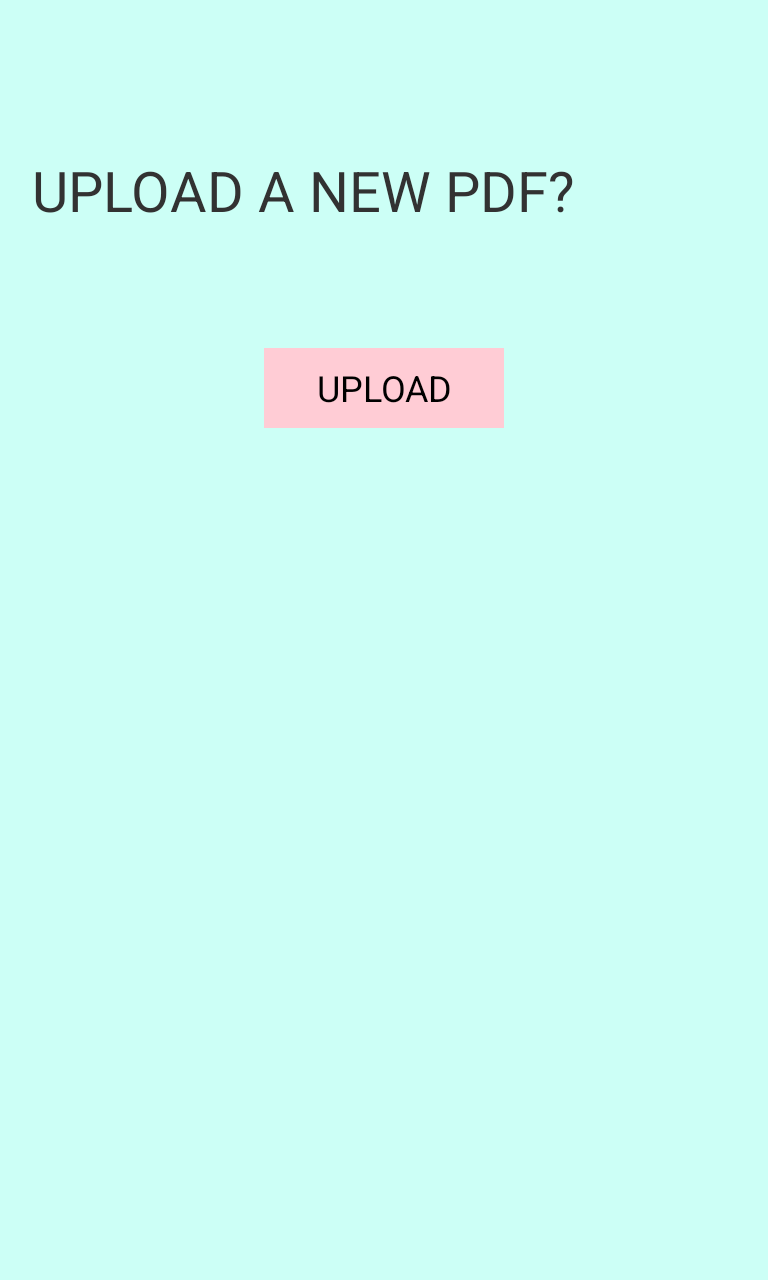
Repository: nick11roberts/Moka-Scanr
Layout: Document Uploader/res/layout/activity_main.xml
These files come from the project's save history. The layout is drawn as it stood at one moment and after the next save; the edit follows.
It is drawn on a 768 x 1280 px phone screen (xhdpi) without system bars, with theme android:Theme.Holo.Light.NoActionBar; the app's code is not run. The app's manifest (not shown) leaves right-to-left support off. So textAlignment, textDirection and layoutDirection are ignored, and left and right values win over start and end ones.

Above is the layout before, as saved 2014-05-30 21:44:56.

### Document Uploader/res/layout/activity_main.xml
<LinearLayout xmlns:android="http://schemas.android.com/apk/res/android"
    xmlns:tools="http://schemas.android.com/tools"
    android:layout_width="match_parent"
    android:layout_height="match_parent"
    android:background="@color/bg_color"
    android:baselineAligned="true"
    android:gravity="center_horizontal"
    android:orientation="vertical"
    android:paddingBottom="@dimen/activity_vertical_margin"
    android:paddingLeft="@dimen/activity_horizontal_margin"
    android:paddingRight="@dimen/activity_horizontal_margin"
    android:paddingTop="@dimen/activity_vertical_margin" >

    <TextView
        android:layout_width="match_parent"
        android:layout_height="wrap_content"
        android:paddingBottom="60dp"
        android:paddingTop="60dp"
        android:text="@string/main_heading"
        android:textAlignment="center"
        android:textAllCaps="true"
        android:textSize="28sp" />

    <Button
        android:id="@+id/mainButton"
        android:layout_width="120dp"
        android:layout_height="40dp"
        android:background="@color/button_color"
        android:text="@string/main_button_upload"
        android:textAlignment="center" />

</LinearLayout>

### Document Uploader/res/values/colors.xml
<?xml version="1.0" encoding="utf-8"?>
<resources>
   <color name="button_color">#FFCCD5</color>
   <color name="bg_color">#CCFFF6</color>
</resources>

### Document Uploader/res/values/strings.xml
<?xml version="1.0" encoding="utf-8"?>
<resources>

    <string name="app_name">PDF-Drive</string>

    <string name="main_heading">Upload a new PDF?</string>
    <string name="main_button_upload">UPLOAD</string>

    <string name="options_heading">Upload options</string>
    <string name="options_pages">Number of pages?</string>
    <string name="options_title">Title?</string>
    <string name="options_folder">Folder? (optional)</string>
    <string name="options_button_go">GO</string>

    <string name="action_settings">Settings</string>

</resources>

Loaded but not shown: Document Uploader/res/values/dimens.xml (common file); Document Uploader/res/values-w820dp/dimens.xml (common file)

After the next save:
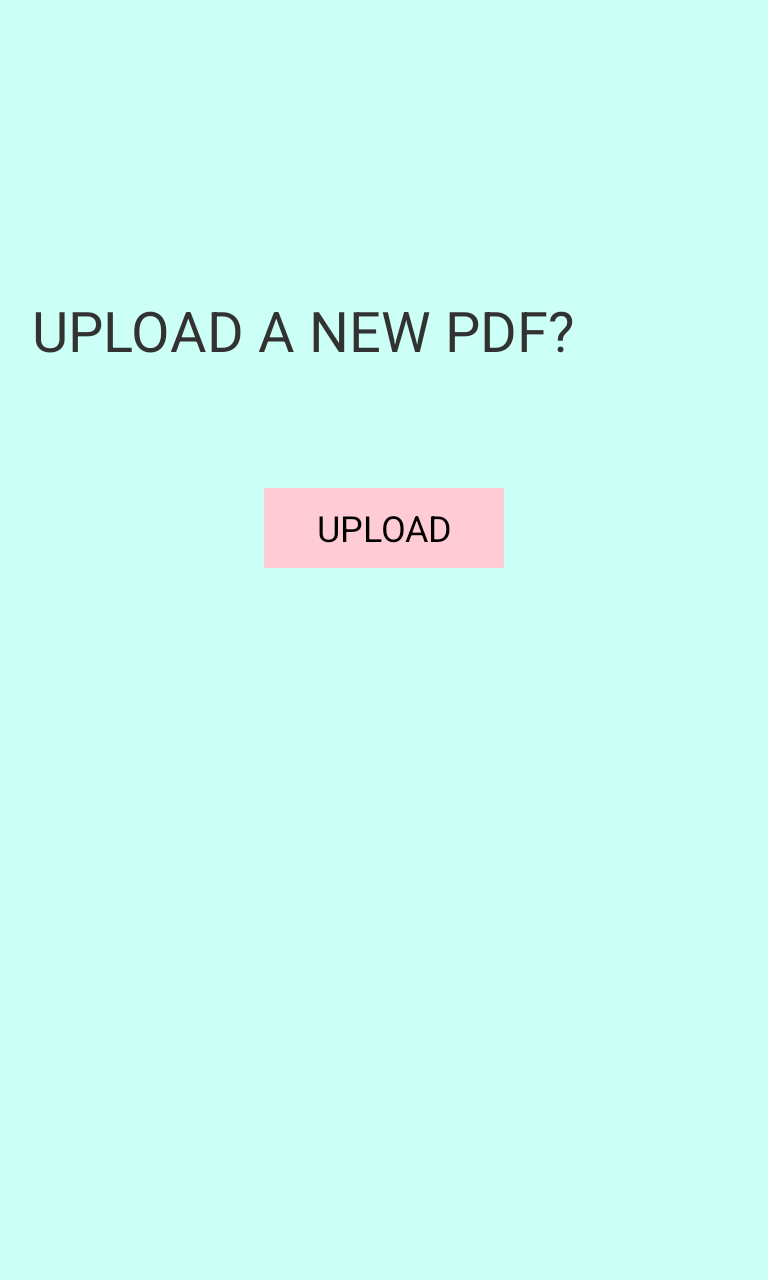
Saved 29 s later.
--- a/Document Uploader/res/layout/activity_main.xml
+++ b/Document Uploader/res/layout/activity_main.xml
@@ -15,7 +15,7 @@
         android:layout_width="match_parent"
         android:layout_height="wrap_content"
         android:paddingBottom="60dp"
-        android:paddingTop="60dp"
+        android:paddingTop="130dp"
         android:text="@string/main_heading"
         android:textAlignment="center"
         android:textAllCaps="true"
